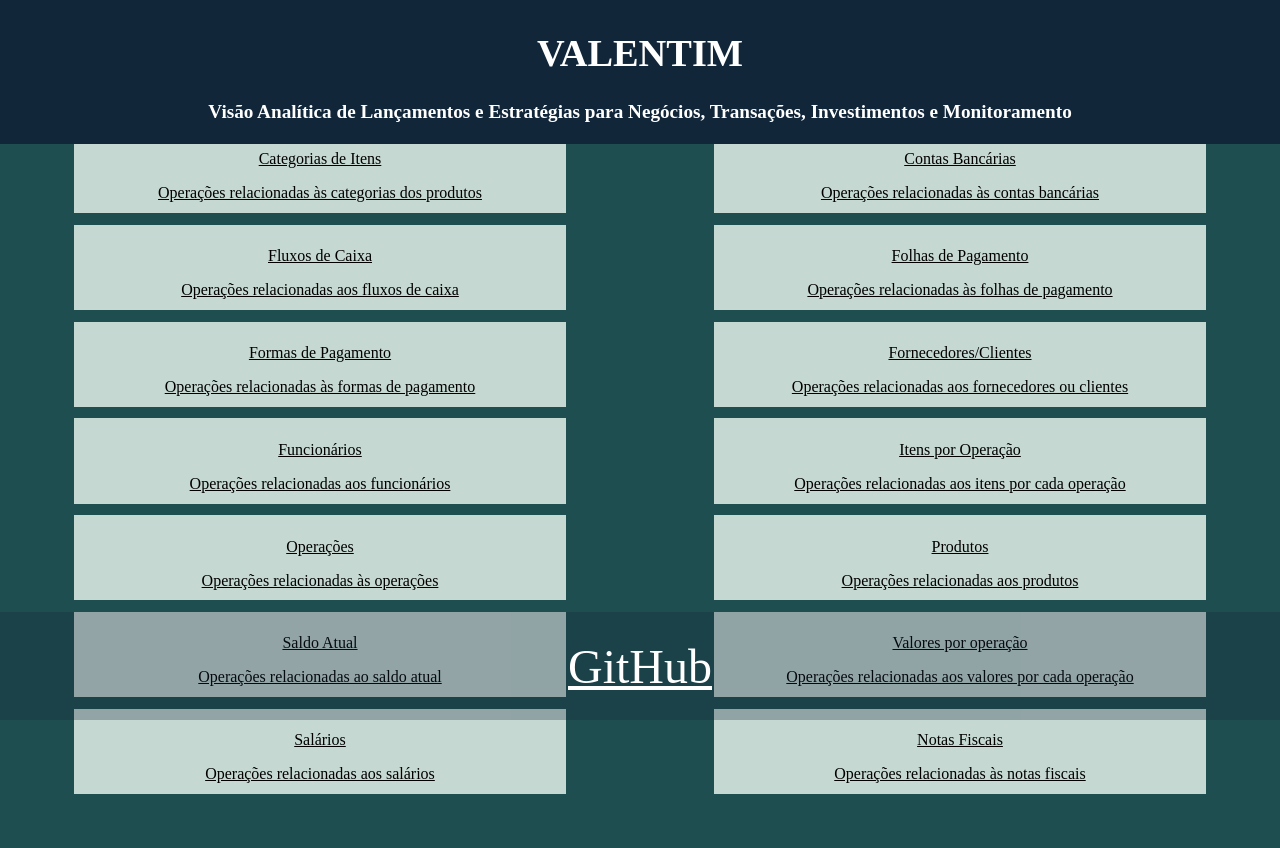
Repository: Matheus-Lacerda009/ERP-Financeiro
Page: Front/menu/menu.html
An editor plug-in stored every save of this project. The page is shown before and after a run of saves, followed by the edit.
The browser window is 1280 px wide. The pictures show the whole page.

Above is the page before, as saved 2026-07-13 19:17:08.

### Front/menu/menu.html
<!DOCTYPE html>
<html lang="en">
<head>
    <meta charset="UTF-8">
    <meta name="viewport" content="wclassth=device-wclassth, initial-scale=1.0">
    <link rel="stylesheet" href="menu.css">
    <title>Document</title>
</head>
<body>
    <header>
        <h1>VALENTIM</h1>
        <h2>Visão Analítica de Lançamentos e Estratégias para Negócios, Transações, Investimentos e Monitoramento</h2>
    </header>
    <main>
        <div class="container">
            <a href="../categoria_item/categoria_item.html" class="links">
                <div class="divEntidades">
                    <p>Categorias de Itens</p>
                    <p>Operações relacionadas às categorias dos produtos</p>
                </div>
            </a>
            <a href="../conta_bancaria/conta_bancaria.html" class="links">
            <div class="divEntidades">
                <p>Contas Bancárias</p>
                <p>Operações relacionadas às contas bancárias</p>
            </div>
            </a>
            <a href="../fluxo_caixa/fluxo_caixa.html" class="links">
            <div class="divEntidades">
                <p>Fluxos de Caixa</p>
                <p>Operações relacionadas aos fluxos de caixa</p>
            </div>
            </a>
            <a href="../folha_pagamento/folha_pagamento.html" class="links">
            <div class="divEntidades">
                <p>Folhas de Pagamento</p>
                <p>Operações relacionadas às folhas de pagamento</p>
            </div>
            </a>
            <a href="../forma_pagamento/forma_pagamento.html" class="links">
            <div class="divEntidades">
                <p>Formas de Pagamento</p>
                <p>Operações relacionadas às formas de pagamento</p>
            </div>
            </a>
            <a href="../fornecedor_cliente/fornecedor_cliente.html" class="links">
            <div class="divEntidades">
                <p>Fornecedores/Clientes</p>
                <p>Operações relacionadas aos fornecedores ou clientes</p>
            </div>
            </a>
            <a href="../funcionario/funcionario.html" class="links">
            <div class="divEntidades">
                <p>Funcionários</p>
                <p>Operações relacionadas aos funcionários</p>
            </div>
            </a>
            <a href="../itens_operacao/itens_operacao.html" class="links">
            <div class="divEntidades">
                <p>Itens por Operação</p>
                <p>Operações relacionadas aos itens por cada operação</p>
            </div>
            </a>
            <a href="../operacao/operacao.html" class="links">
            <div class="divEntidades">
                <p>Operações</p>
                <p>Operações relacionadas às operações</p>
            </div>
            </a>
            <a href="../produtos/produtos.html" class="links">
            <div class="divEntidades">
                <p>Produtos</p>
                <p>Operações relacionadas aos produtos</p>
            </div>
            </a>
            <a href="../saldoAtual/saldoAtual.html" class="links">
            <div class="divEntidades">
                <p>Saldo Atual</p>
                <p>Operações relacionadas ao saldo atual</p>
            </div>
            </a>
            <a href="../valor_pVenda/valor_pVenda.html" class="links">
            <div class="divEntidades">
                <p>Valores por operação</p>
                <p>Operações relacionadas aos valores por cada operação</p>
            </div>
            </a>
            <a href="../valor_salario/valor_salario.html" class="links">
            <div class="divEntidades">
                <p>Salários</p>
                <p>Operações relacionadas aos salários</p>
            </div>
            </a>
            <a href="../notaFiscal/nota_fiscal.html" class="links">
            <div class="divEntidades">
                <p>Notas Fiscais</p>
                <p>Operações relacionadas às notas fiscais</p>
            </div>
            </a>
        </div>
    </main>
    <footer>
        <a href="https://github.com/Matheus-Lacerda009/ERP-Financeiro.git" id="github">GitHub</a>
    </footer>
</body>
</html>

### Front/menu/menu.css
header{
    position: fixed;
    top: 0;
    left: 0;
    width: 100%;
    height: 20%;
    background-color: #12263A;
    z-index: 1;
    text-align: center;
    align-content: center;
}

footer{
    position: fixed;
    bottom: 0;
    left: 0;
    width: 100%;
    height: 15%;
    background-color: #12263a49;
    text-align: center;
    align-content: center;
}

#github{
    color: white;
    font-size: 300%;
}

header, h1{
    font-size: 300%;
    color: white;
    font-size: 3vw;
}

header, h2{
    color: white;
    font-size: 1.5vw;
}

body{
    margin: 0;
    padding: 0;
    background-color: #1f4e50;
}

.container{
    height: 100vh;
    width: 100%;
    margin-top: 10%;
    box-sizing: border-box;
    display: grid;
    grid-template-columns: repeat(2, 7fr);
    align-content: start;
}

.divEntidades{
    height: 75%;
    width: 75%;
    background-color: #C5D8D1;
    text-align: center;
    padding: 1%;
    margin: auto;
}

.links{
    color: black;
}

After the next 2 saves:
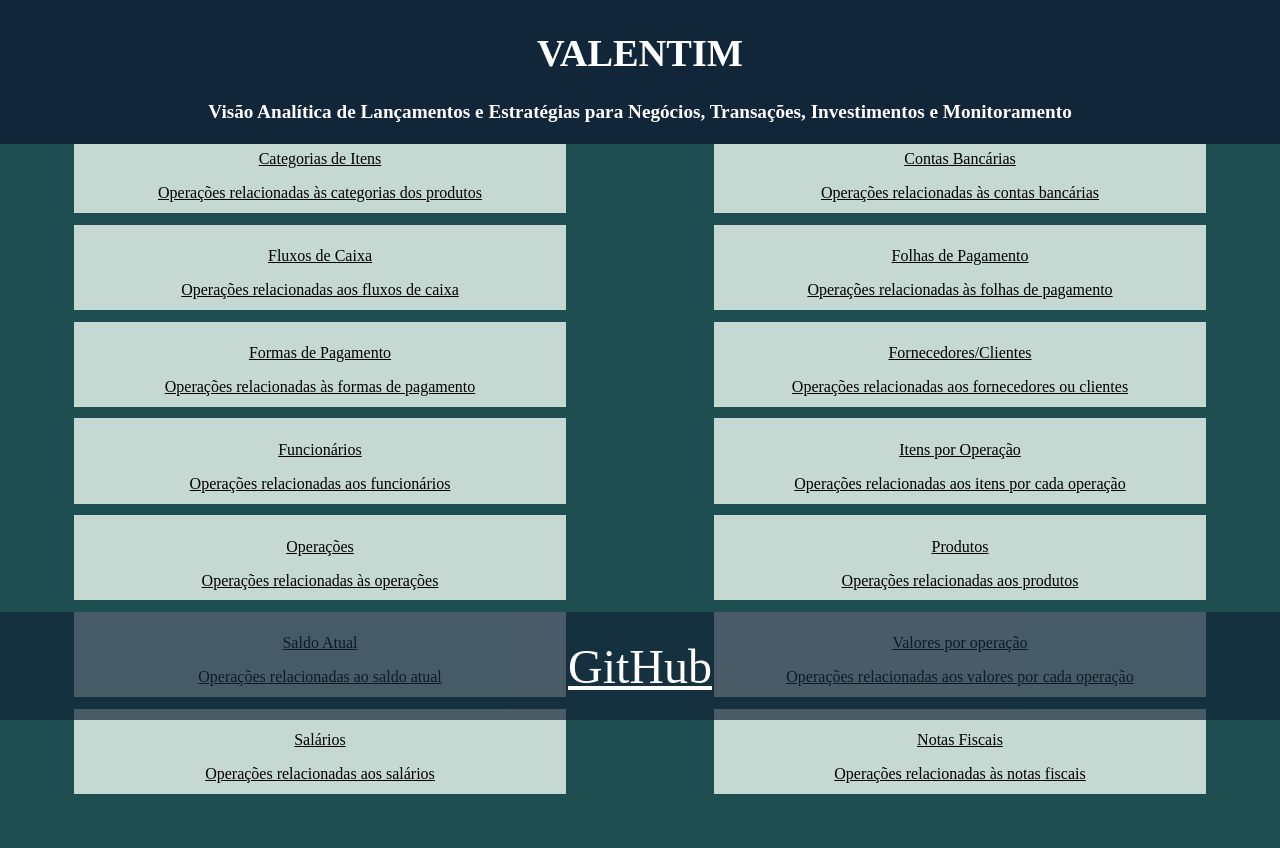
The 2 saves are shown as one change because they came seconds apart.
The last was saved 6 s later.
--- a/Front/menu/menu.css
+++ b/Front/menu/menu.css
@@ -16,7 +16,7 @@ footer{
     left: 0;
     width: 100%;
     height: 15%;
-    background-color: #12263a49;
+    background-color: #12263ab2;
     text-align: center;
     align-content: center;
 }
